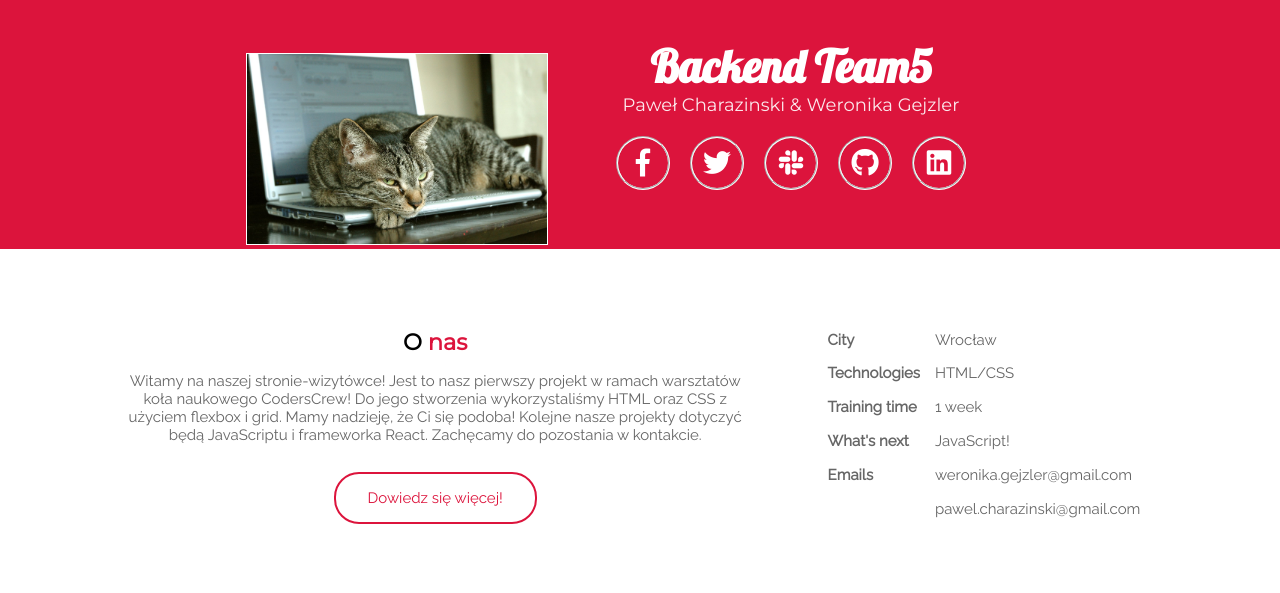
Repository: pietruszka/cc_proj1
Page: index.html
An editor plug-in stored every save of this project. The page is shown before and after the next save, followed by the edit.
The browser window is 1280 px wide. The pictures show the whole page.
Some web libraries are served in a nearby version.

Above is the page before, as saved 2018-11-18 20:55:08.

### index.html
<!DOCTYPE html>
<html lang="en">

<head>
    <meta charset="UTF-8">
    <meta name="viewport" content="width=device-width, initial-scale=1.0">
    <link rel="stylesheet" href="./style.css" />
    <link href="https://fonts.googleapis.com/css?family=Lobster" rel="stylesheet">
    <link href="https://use.fontawesome.com/releases/v5.0.8/css/all.css" rel="stylesheet">
    <link href="https://fonts.googleapis.com/css?family=Montserrat" rel="stylesheet">
    <link href="https://fonts.googleapis.com/css?family=Raleway" rel="stylesheet">
    <title>BackendTeam5</title>
</head>

<body>


        <div id="top">
            <div id="photo"><img id="photo1" src="people.jpg" alt=""></div>
            <div id="heading">


               <h1 id="heading1">Backend Team5</h1>
               <h2 id="heading2">Paweł Charazinski &amp; Weronika Gejzler</h2>
               <div class="nav">

                <div class="nav-item">
                    <a href="#" class="fab fa-facebook-f"></a>
                </div>
                <div class="nav-item">
                    <a href="#" class="fab fa-twitter"></a>
                </div>

                <div class="nav-item">
                    <a href="#" class="fab fa-slack"></a>
                </div>
                <div class="nav-item">
                    <a href="#" class="fab fa-github"></a>
                </div>
                <div class="nav-item">
                    <a href="#" class="fab fa-linkedin"></a>
                </div>
            </div>


            </div>

        </div>

        <div id="bottom">
            <div id="about">
<h1 id="h_about">O <span style="color:crimson">nas</span></h1>
<p id="p_about">Witamy na naszej stronie-wizytówce! Jest to nasz pierwszy projekt w ramach warsztatów koła naukowego CodersCrew! Do jego stworzenia wykorzystaliśmy HTML oraz CSS z użyciem flexbox i grid. Mamy nadzieję, że Ci się podoba! Kolejne nasze projekty dotyczyć będą JavaScriptu i frameworka React. Zachęcamy do pozostania w kontakcie.</p>
<div id="button">Dowiedz się więcej!</div>


            </div>
            <div id="details">
<table>
    <tr>
        <td class="table"><b>City</b></td>
        <td class="table">Wrocław</td>
    </tr>
    <tr>
        <td class="table"><b>Technologies</b></td>
        <td class="table">HTML/CSS</td>
    </tr>
    <tr>
        <td class="table"><b>Training time</b></td>
        <td class="table">1 week</td>
    </tr>
    <tr>
        <td class="table"><b>What's next</b></td>
        <td class="table">JavaScript!</td>
    </tr>
    <tr>
        <td class="table"><b>Emails</b></td>
        <td class="table">weronika.gejzler@gmail.com
        </td>
    </tr>
    <tr><td class="table"></td><td class="table">pawel.charazinski@gmail.com
        </td></tr>

</table>
</div>
        </div>


</div>
</body>

</html>

### style.css
body{
    margin: 0 0 1vw 0;
    font-size: 15px;


}
#top{
   display: flex;
   flex-direction: row;
   flex-wrap: wrap;
   align-items: center;
   justify-content: center;

    background-color: crimson;
    color: white;



}
#photo{
align-self: flex-end;


}
#photo1{
width: auto;
height: auto;
   max-width: 300px;
   max-height: 200px;
   border: 1px solid white;

}

#heading{

  padding: 3vw;

}

#heading1 {

    font-size: 3em;
    font-weight: 700;
        font-family: 'Lobster', cursive;
    text-align: center;
    margin:0;
   }
   #heading2 {

    font-size: 1.2em;
    font-weight: 100;
    font-family:  Montserrat;
    text-align: center;
    margin: 0%;
    opacity: 0.9;
    }

    a {
        color: white;
        text-decoration: none;

    }
    .nav {
        display: flex;
        justify-content: center;
        margin: 20px;
        flex-wrap: wrap;

    }

    .nav-item {

        animation: show 0.5s ease-in-out forwards;

        transition: all 0.3s ease-in-out;
        border-radius: 100%;
        border: groove 2px white;

        width: 50px;
        height: 50px;
        margin: 0 10px;
        display: flex;
        align-items: center;
        justify-content: center;

    }

    .nav-item:hover {
        cursor: pointer;

        opacity: 0.8;

    }

    .nav-item a:hover {

        opacity: 0.5;

    }

    .nav-item a {
        font-size: 28px;

    }

#bottom{
    display: flex;
    flex-direction: row;
    align-items: center;
    margin: 0 4vw;
     flex-wrap: wrap;



}
#about{
   margin: 5vw;
   width: 50vw;
   text-align: center;
}
#h_about{
   font-family:  Montserrat;
    font-style: Bold;
    font-size: 1.5em;

        line-height: 29px;

}
#p_about{
   color: #666666;
   Font-Family: Raleway;
Font-Style: Regular;
text-align:
Line-Height: 1.7em;

}
#button{
    margin: 1vw;
    border: 2px solid crimson;
    border-radius: 25px;
    background-color: white;
    color: crimson;

    padding: 15px 32px;
    text-align: center;
    text-decoration: none;
    display: inline-block;

    Font-Family: Raleway;
}

#button:hover {
    cursor: pointer;
    background-color: bisque;
    transform: scale(1.03);

}


#details{

    color: #666666;
    Font-Family: Raleway;
 Font-Style: Regular;

 Line-Height: 19px;
 text-Align: Left;


}
.table{
    padding: 0.5vw;

}

After the next save:
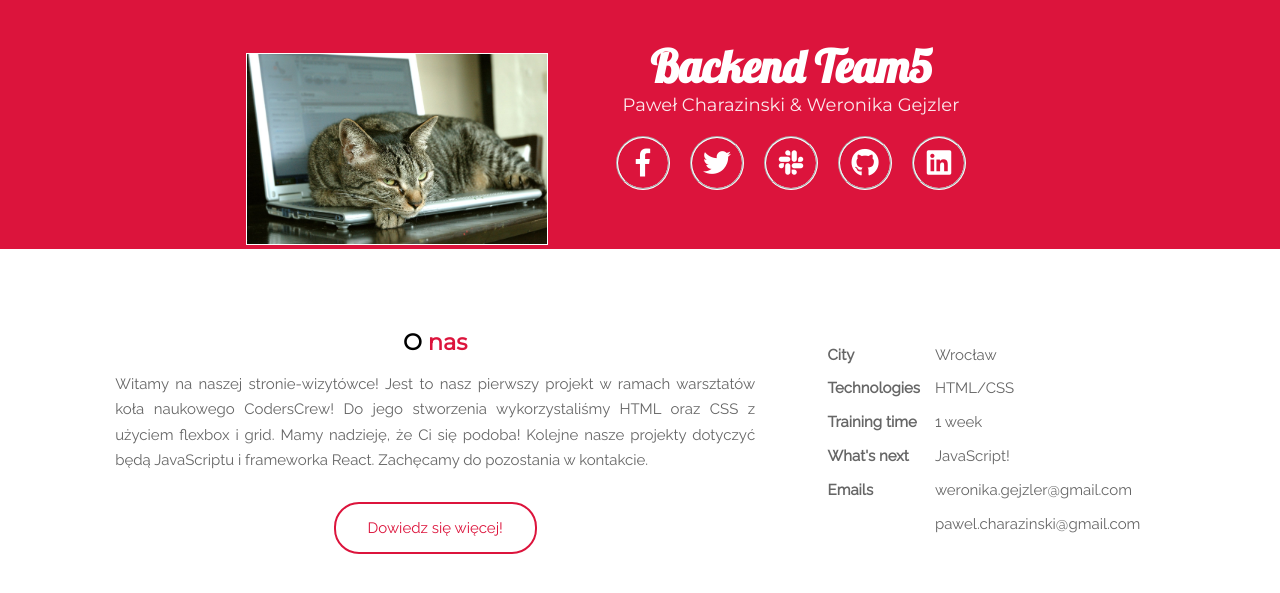
Saved 4 s later.
--- a/style.css
+++ b/style.css
@@ -130,7 +130,7 @@ height: auto;
    color: #666666;
    Font-Family: Raleway;
 Font-Style: Regular;
-text-align:
+text-align: justify;
 Line-Height: 1.7em;
 
 }
